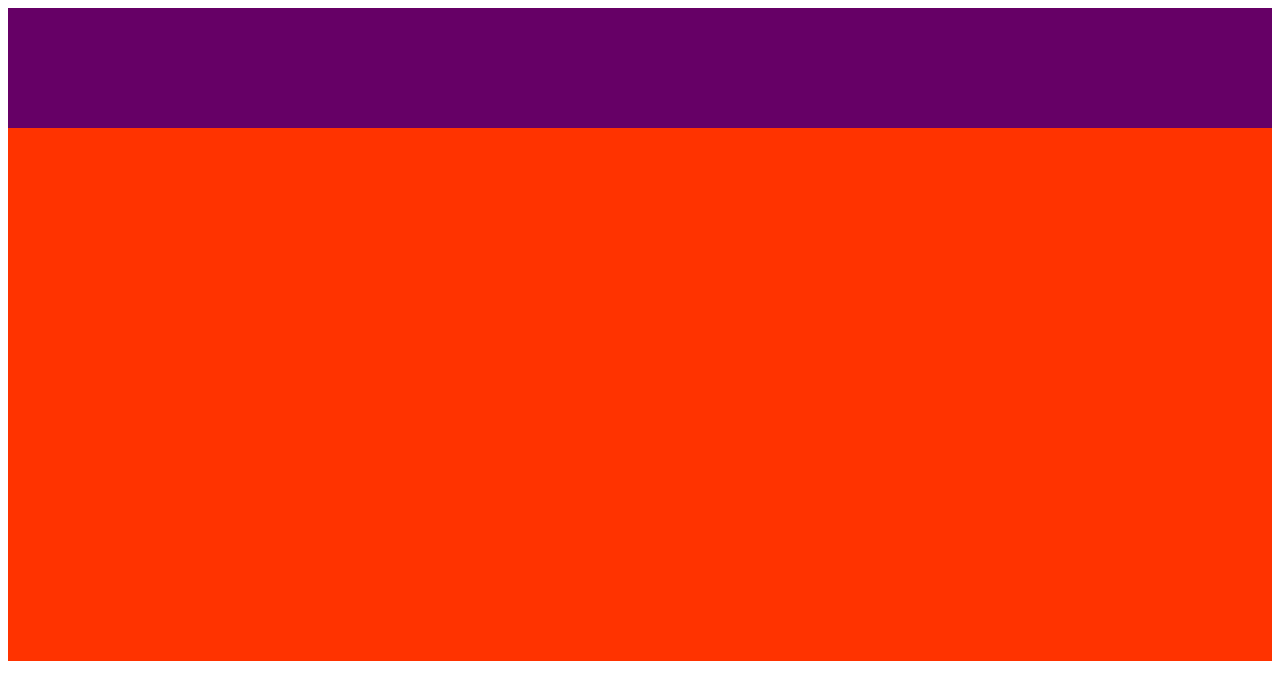
Repository: Leewonhoo/kostaweb
Page: project_div/WebContent/layout1.html
The author's editor kept a copy of each file at every save. The page is drawn from the files as they stood at one save, then again after the next save.
The browser window is 1280 px wide. The pictures show the whole page.

Above is the page before, as saved 2017-09-11 06:04:08.

### project_div/WebContent/layout1.html
<!DOCTYPE html PUBLIC "-//W3C//DTD HTML 4.01 Transitional//EN" "http://www.w3.org/TR/html4/loose.dtd">
<html>
<head>
<meta http-equiv="Content-Type" content="text/html; charset=EUC-KR">
<title>Insert title here</title>

<!-- internal css -->
<style type="text/css">
/*주석*/
#wrap{
background-color: #ff3300;
width: 1350;
height: 653px;
}
#header{
background-color: #660066;
width: 1350;
height: 120px;
}
sidebar{
background-color: #999999;
width: 400px;
height: 120px;
}
contents{
background-color: #ccff66;
width: 800px;
height: 120px;
}
footer{
background-color: #000000;
width: 1350;
height: 60px;
}
</style>

</head>
<body>
	<div id="wrap">
		<div id="header"></div>
		<div id="sidebar"></div>
		<div id="contents"></div>
		<div id="footer"></div>
	</div>
</body>
</html>

After the next save:
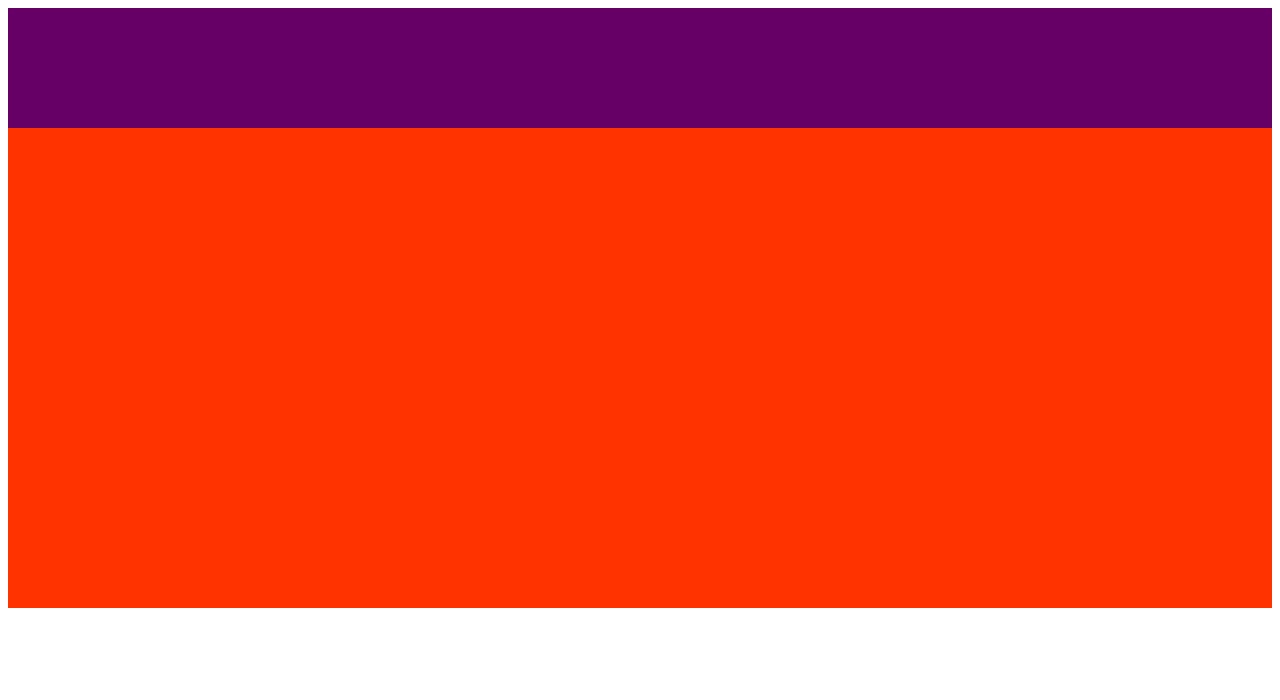
Saved 14 s later.
--- a/project_div/WebContent/layout1.html
+++ b/project_div/WebContent/layout1.html
@@ -10,7 +10,7 @@
 #wrap{
 background-color: #ff3300;
 width: 1350;
-height: 653px;
+height: 600px;
 }
 #header{
 background-color: #660066;
